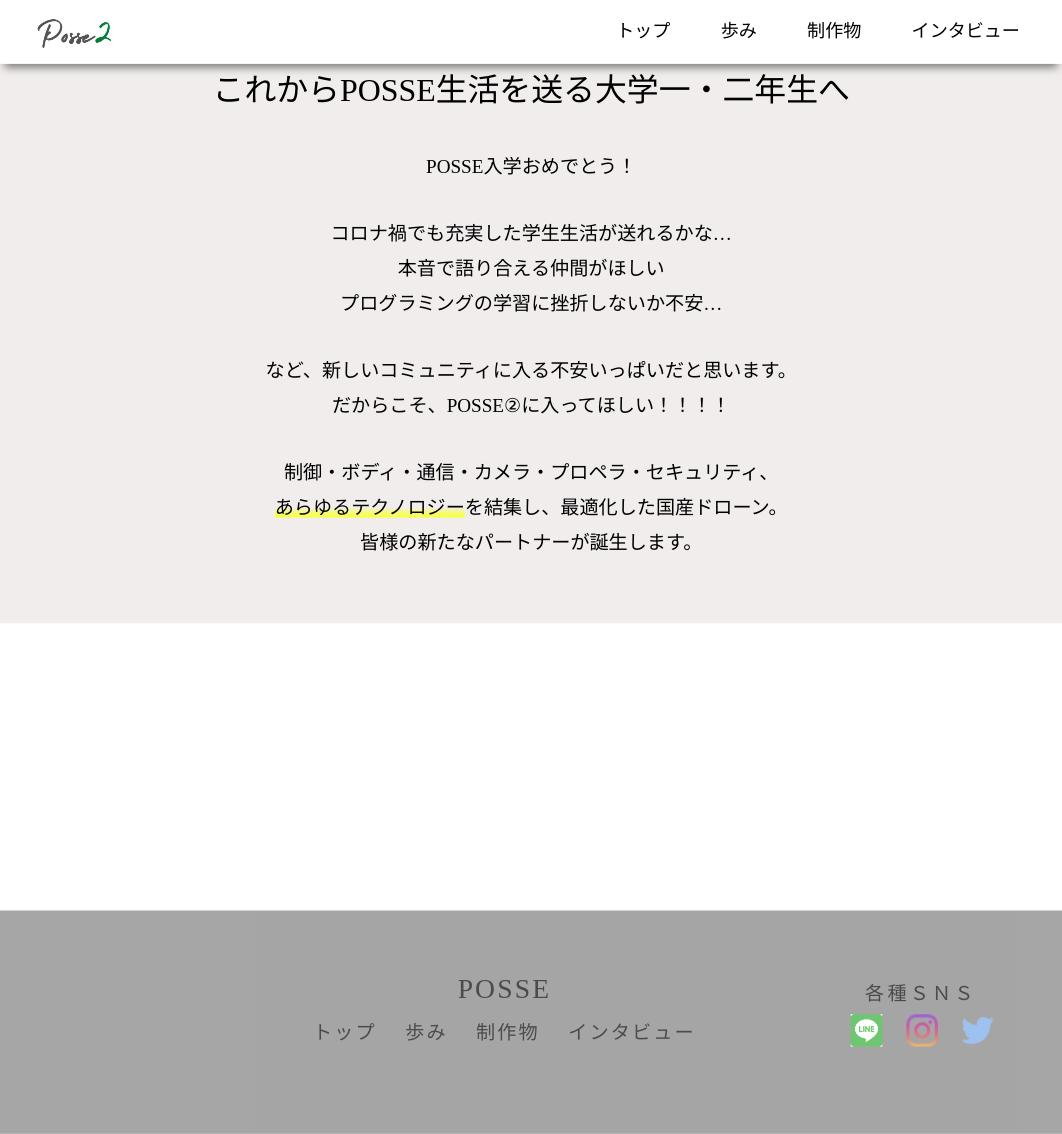
Repository: posse-ap/posse2-hackathon-202202-team2A
Page: topPage/index.html
An editor plug-in stored every save of this project. The page is shown before and after the next save, followed by the edit.
The browser window is 1280 px wide. The pictures show the whole page, at 83% of full size.

Above is the page before, as saved 2022-02-15 03:12:10.

After the next save:
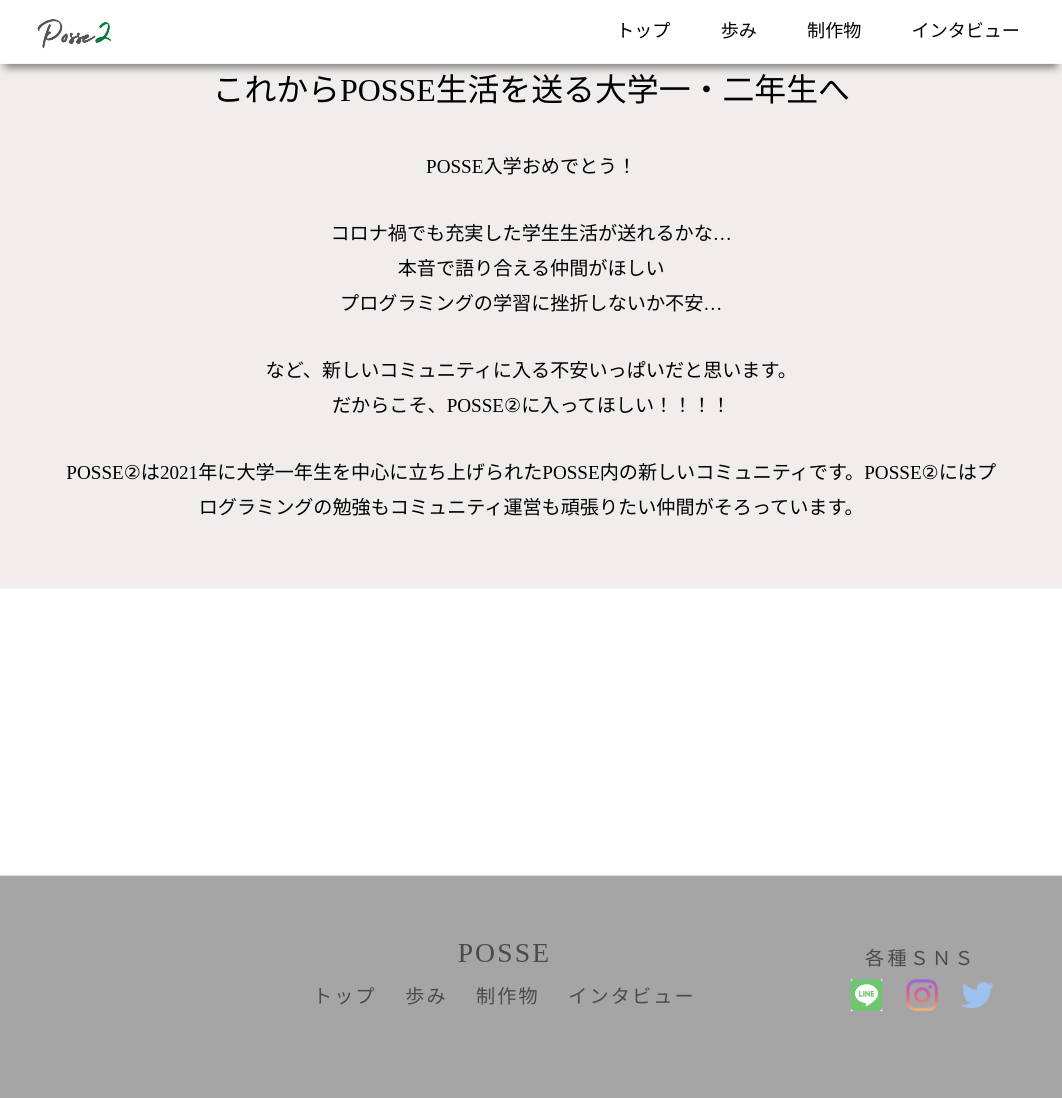
Saved 17 s later.
--- a/topPage/index.html
+++ b/topPage/index.html
@@ -72,9 +72,8 @@
         <p>など、新しいコミュニティに入る不安いっぱいだと思います。<br>
             だからこそ、POSSE②に入ってほしい！！！！
             </p>
-        <p>制御・ボディ・通信・カメラ・プロペラ・セキュリティ、<br>
-            <span class="highlight">あらゆるテクノロジー</span>を結集し、最適化した国産ドローン。<br>
-            皆様の新たなパートナーが誕生します。</p>
+        <p>POSSE②は2021年に大学一年生を中心に立ち上げられたPOSSE内の新しいコミュニティです。POSSE②にはプログラミングの勉強もコミュニティ運営も頑張りたい仲間がそろっています。
+        </p>
         </div>
     </section>
 
